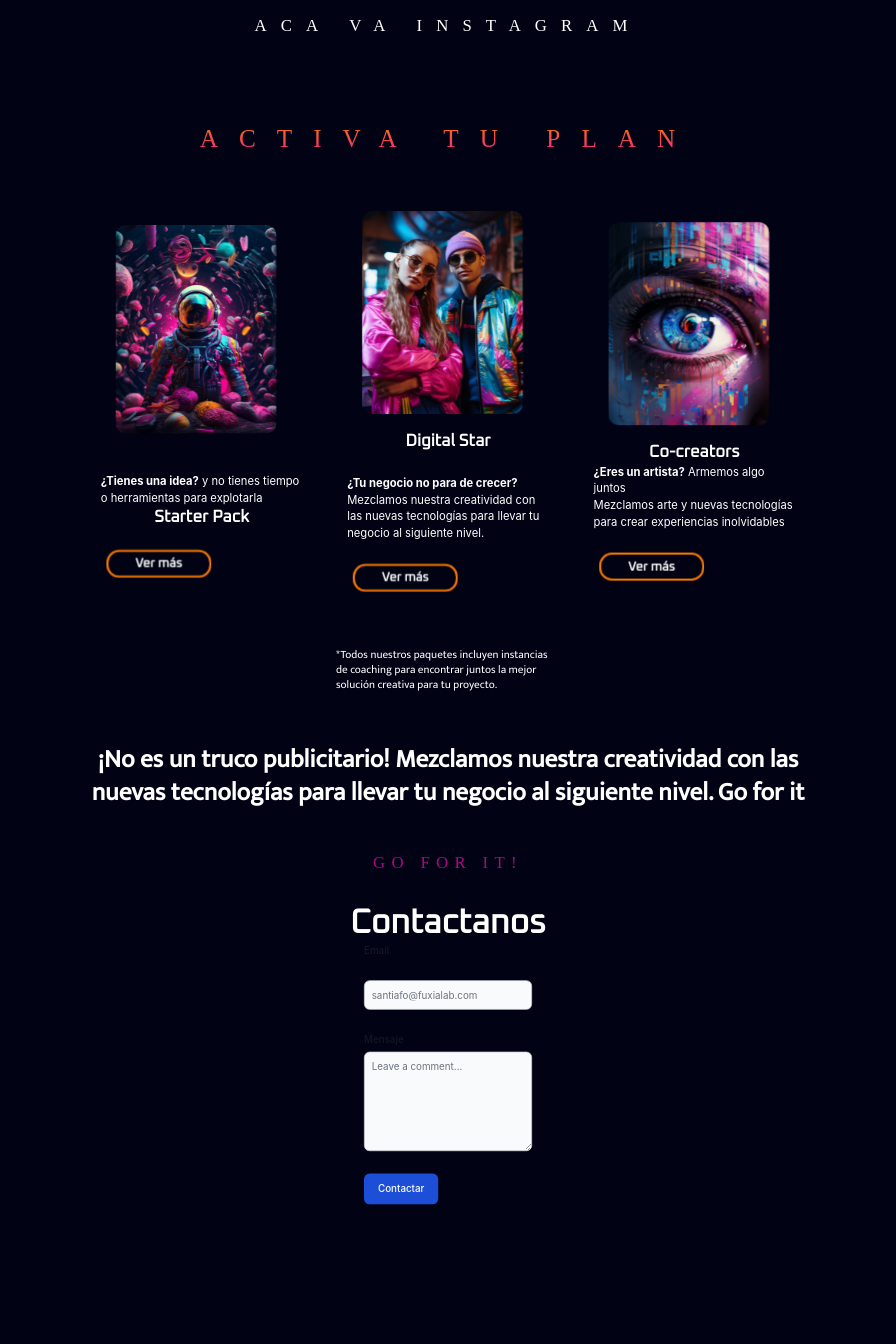
Repository: itsomosedison/tailwind-landing-page
Page: index.html
An editor plug-in stored every save of this project. The page is shown before and after the next save, followed by the edit.
The browser window is 1280 px wide. The pictures show the part of the page from y = 1139 to 3059 px (the page is 3059 px tall before and 3031 px after), at 70% of full size.
Some web fonts or font styles are not loaded; a fallback is used.

Above is the page before, as saved 2023-09-30 20:47:30.

After the next save:
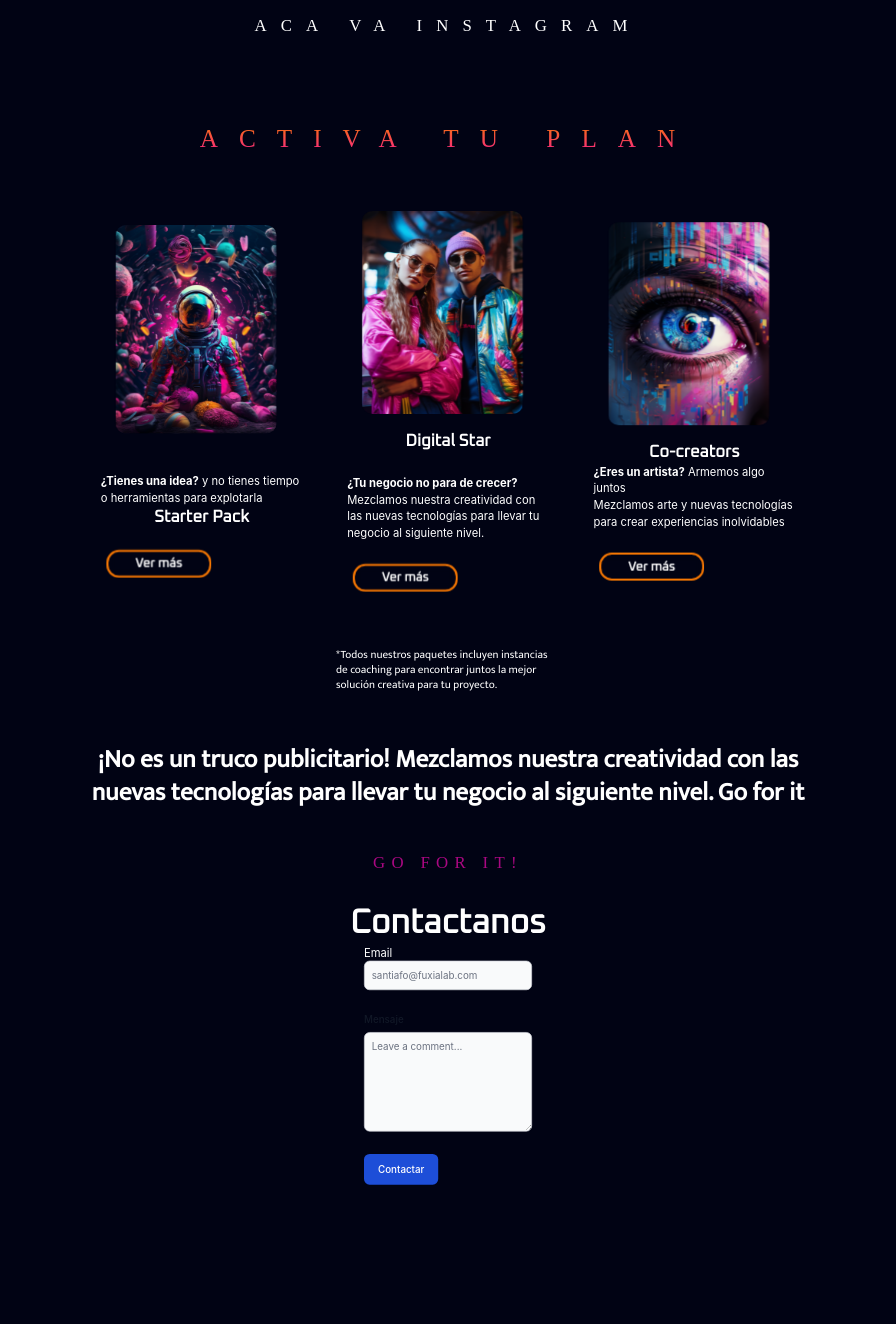
Saved 14 s later.
--- a/index.html
+++ b/index.html
@@ -100,7 +100,7 @@
                         <h2 class="contactenosH1">Contactanos</h2>
                         <form action="#" class="space-y-8">
                             <div>
-                                <label for="email" class="block mb-8 text-sm font-medium text-gray-900 dark:text-gray-300">Email</label>
+                                <label for="email">Email</label>
                                 <input type="email" id="email" class="shadow-sm bg-gray-50 border border-gray-300 text-gray-900 text-sm rounded-lg focus:ring-primary-500 focus:border-primary-500 block w-full p-2.5 dark:bg-gray-700 dark:border-gray-600 dark:placeholder-gray-400 dark:text-white dark:focus:ring-primary-500 dark:focus:border-primary-500 dark:shadow-sm-light" placeholder="santiafo@fuxialab.com" required>
                             </div>
                             <div class="sm:col-span-2">
